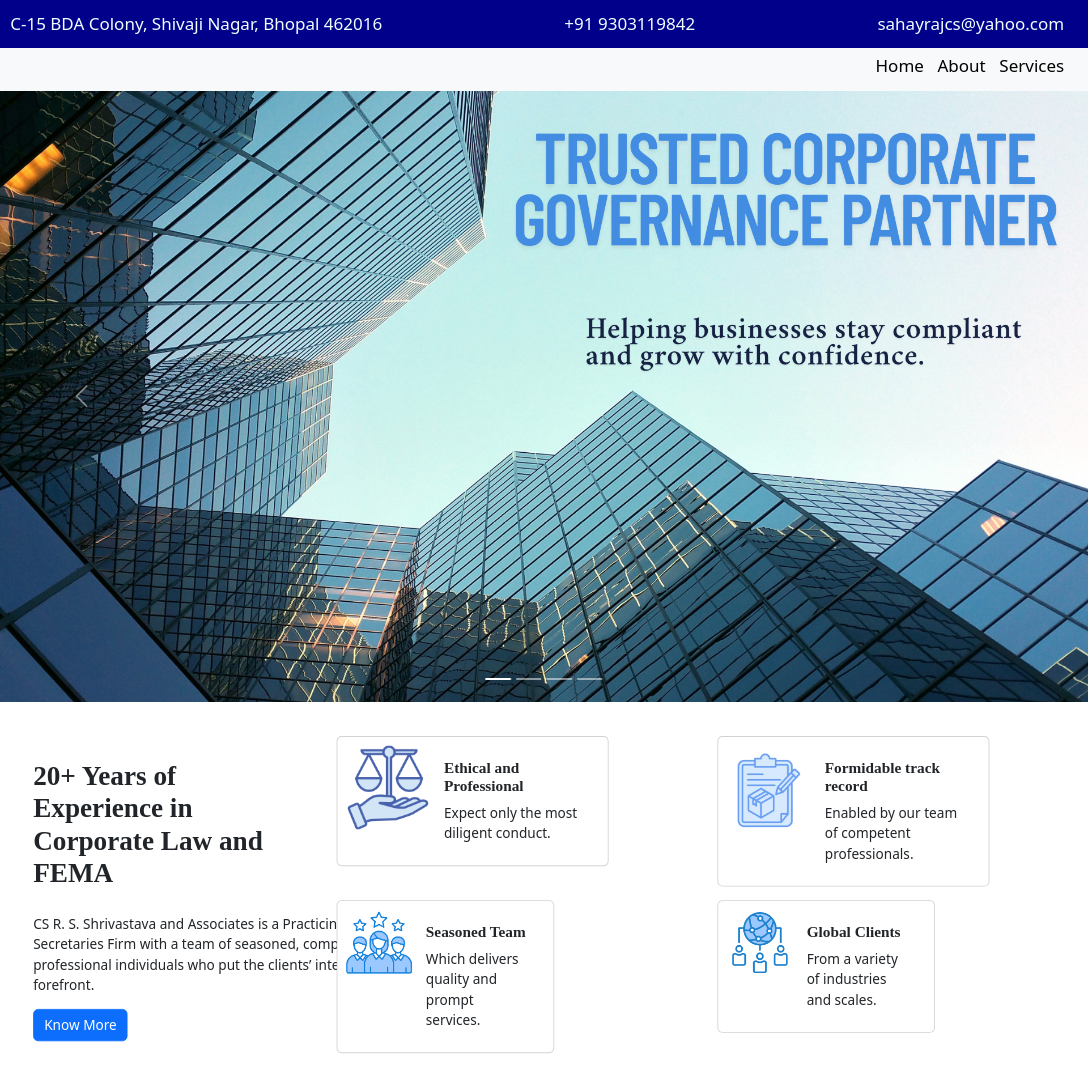
Repository: aayushiss/CS-RSS
Page: index.html
These files come from the project's save history. The page is drawn as it stood at one moment and after the next save; the edit follows.
The browser window is 1280 px wide. The pictures show the whole page, at 85% of full size.

Above is the page before, as saved 2025-05-14 21:43:34.

### index.html
<!DOCTYPE html>
<html lang="en">

<head>
    <meta charset="UTF-8">
    <meta name="viewport" content="width=device-width, initial-scale=1.0">
    <title>R. S. Shrivastava</title>
    <link href="https://cdn.jsdelivr.net/npm/bootstrap@5.3.3/dist/css/bootstrap.min.css" rel="stylesheet"
        integrity="sha384-QWTKZyjpPEjISv5WaRU9OFeRpok6YctnYmDr5pNlyT2bRjXh0JMhjY6hW+ALEwIH" crossorigin="anonymous">
    <link rel="stylesheet" type="text/css" href="style.css">
</head>

<body>
    <nav class="navbar fixed-top custom-navbar">
        <div class="container-fluid d-flex justify-content-between">
            <a class="navbar-brand" href="#">C-15 BDA Colony, Shivaji Nagar, Bhopal 462016</a>
            <a class="navbar-brand" href="#">+91 9303119842</a>
            <a class="navbar-brand" href="#">sahayrajcs@yahoo.com</a>
        </div>
    </nav>
    <div class="navbar-space"></div>

    <nav class="navbar sticky-top second-navbar bg-light">
        <div class="container-fluid d-flex justify-content-end">
          <a class="navbar-brand" href="#">Home</a>
          <a class="navbar-brand" href="about.html">About</a>
          <a class="navbar-brand" href="#">Services</a>
        </div>
      </nav>

      <!-- <div class="card text-bg-dark custom-card">
        <img src="images/haveAQuery.avif" class="card-img" alt="...">
        <div class="card-img-overlay">
          <h5 class="card-title">Have a Query?</h5>
          <p class="card-text">This is a wider card with supporting text below as a natural lead-in to additional content. This content is a little bit longer.</p>
          <p class="card-text"><small>Last updated 3 mins ago</small></p>
        </div>
      </div> -->

      <div id="carouselExampleCaptions" class="carousel slide">
        <div class="carousel-indicators">
          <button type="button" data-bs-target="#carouselExampleCaptions" data-bs-slide-to="0" class="active" aria-current="true" aria-label="Slide 1"></button>
          <button type="button" data-bs-target="#carouselExampleCaptions" data-bs-slide-to="1" aria-label="Slide 2"></button>
          <button type="button" data-bs-target="#carouselExampleCaptions" data-bs-slide-to="2" aria-label="Slide 3"></button>
          <button type="button" data-bs-target="#carouselExampleCaptions" data-bs-slide-to="3" aria-label="Slide 4"></button>
        </div>
        <div class="carousel-inner">
          <div class="carousel-item active">
            <img src="images/Trusted corporate governance partner.png" class="d-block w-100" alt="...">
            <div class="carousel-caption d-none d-md-block">
              <!-- <h5>First slide label</h5>
              <p>Some representative placeholder content for the first slide.</p> -->
            </div>
          </div>
          <div class="carousel-item">
            <img src="images/LegalConsultancy.png" class="d-block w-100" alt="...">
          </div>
          <div class="carousel-item">
            <img src="images/companyIncorporation.png" class="d-block w-100" alt="...">
          </div>
          <div class="carousel-item">
            <img src="images/annualFilingReturn.png" class="d-block w-100" alt="...">
          </div>
        </div>
        <button class="carousel-control-prev" type="button" data-bs-target="#carouselExampleCaptions" data-bs-slide="prev">
          <span class="carousel-control-prev-icon" aria-hidden="true"></span>
          <span class="visually-hidden">Previous</span>
        </button>
        <button class="carousel-control-next" type="button" data-bs-target="#carouselExampleCaptions" data-bs-slide="next">
          <span class="carousel-control-next-icon" aria-hidden="true"></span>
          <span class="visually-hidden">Next</span>
        </button>
      </div>
      <div class="container-fluid" style="padding-top: 40px;">

          <div class="row">
            <div class="col-auto" style="width: 30vw;">
              <div class="card" style="border-color: white;">
                <div class="card-body">
                  <h5 class="card-title">20+ Years of
                    Experience in Corporate Law and FEMA</h5>
                  <p class="card-text" style="padding-top: 20px; width: 30rem;">CS R. S. Shrivastava and Associates is a Practicing Company Secretaries Firm with a team of seasoned, competent, and professional individuals who put the clients’ interests at the forefront.</p>
                  <a href="about.html" class="btn btn-primary">Know More</a>
                </div>
              </div>
            </div>
            <div class="col" style="width: 60vw;">
              <div class="row">
                <div class="col">
                  <div class="card mb-3" style="width: 25vw;">
                    <div class="row g-0">
                      <div class="col-md-4">
                        <img src="images/8629542.png" class="img-fluid rounded-start" alt="...">
                      </div>
                      <div class="col-md-8">
                        <div class="card-body">
                          <h5 class="card-title">Ethical and Professional</h5>
                          <p class="card-text">Expect only the most diligent conduct.</p>
                        </div>
                      </div>
                    </div>
                  </div>
                </div>
                <div class="col">
                  <div class="card mb-3" style="width: 25vw;">
                    <div class="row g-0">
                      <div class="col-md-4">
                        <img src="images/16919209.png" class="img-fluid rounded-start" alt="...">
                      </div>
                      <div class="col-md-8">
                        <div class="card-body">
                          <h5 class="card-title">Formidable track record</h5>
                          <p class="card-text">Enabled by our team of competent professionals.</p>
                        </div>
                      </div>
                    </div>
                  </div>
                </div>
              </div>
              <div class="row">
                <div class="col">
                  <div class="card mb-3" style="width: 20vw;">
                    <div class="row g-0">
                      <div class="col-md-4">
                        <img src="images/images.png" class="img-fluid rounded-start" alt="...">
                      </div>
                      <div class="col-md-8">
                        <div class="card-body">
                          <h5 class="card-title">Seasoned Team
                          </h5>
                          <p class="card-text">Which delivers quality and prompt services.</p>
                        </div>
                      </div>
                    </div>
                  </div>
                </div>
                <div class="col">
                  <div class="card mb-3" style="width: 20vw;">
                    <div class="row g-0">
                      <div class="col-md-4">
                        <img src="images/11743537.png" class="img-fluid rounded-start" alt="...">
                      </div>
                      <div class="col-md-8">
                        <div class="card-body">
                          <h5 class="card-title">Global Clients
                          </h5>
                          <p class="card-text">From a variety of industries and scales.</p>
                        </div>
                      </div>
                    </div>
                  </div>
                </div>
              </div>
            </div>
          </div>

      </div>

    <script src="https://cdn.jsdelivr.net/npm/bootstrap@5.3.3/dist/js/bootstrap.bundle.min.js"
        integrity="sha384-YvpcrYf0tY3lHB60NNkmXc5s9fDVZLESaAA55NDzOxhy9GkcIdslK1eN7N6jIeHz"
        crossorigin="anonymous"></script>
</body>

</html>

### style.css
.custom-navbar {
    background-color: darkblue;
}

.custom-navbar .navbar-brand {
    color: azure;
}

.navbar-space {
    margin-top: 50px;
}

.second-navbar .navbar-brand{
    color: black;
}

.custom-card{
    height: 25vh;
}

.custom-card .card-img{
    height: 100%;
    object-fit: cover;
}

.container-fluid .card{
    padding: 10px;
}
.container-fluid .card-title{
font-family: 'Times New Roman', Times, serif;
font-weight: bold;
font-size: xx-large;
}

.container-fluid .col-md-8 .card-title{
font-family: 'Times New Roman', Times, serif;
font-size: large;
}

After the next save:
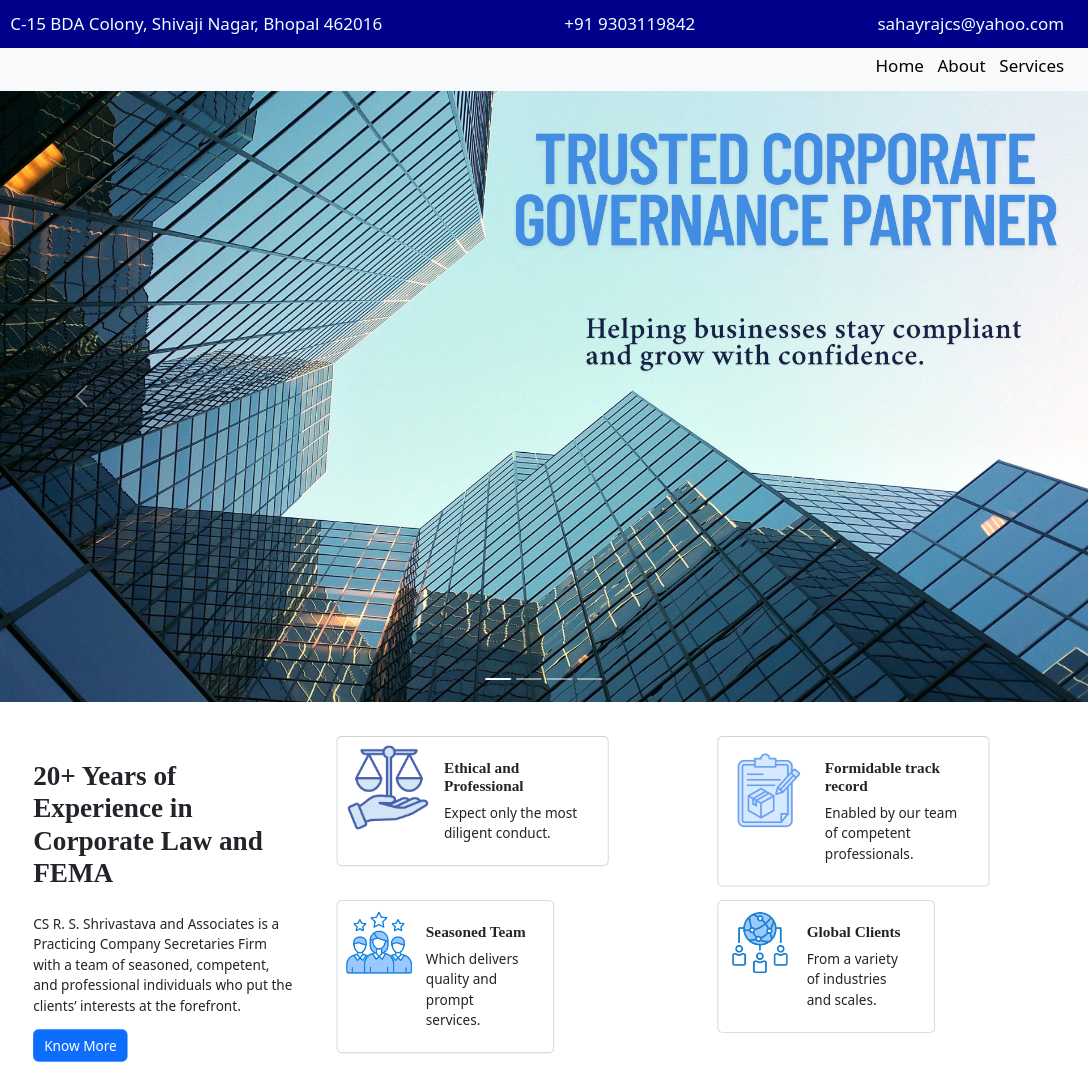
Saved 57 s later.
--- a/index.html
+++ b/index.html
@@ -79,7 +79,7 @@
                 <div class="card-body">
                   <h5 class="card-title">20+ Years of
                     Experience in Corporate Law and FEMA</h5>
-                  <p class="card-text" style="padding-top: 20px; width: 30rem;">CS R. S. Shrivastava and Associates is a Practicing Company Secretaries Firm with a team of seasoned, competent, and professional individuals who put the clients’ interests at the forefront.</p>
+                  <p class="card-text" style="padding-top: 20px">CS R. S. Shrivastava and Associates is a Practicing Company Secretaries Firm with a team of seasoned, competent, and professional individuals who put the clients’ interests at the forefront.</p>
                   <a href="about.html" class="btn btn-primary">Know More</a>
                 </div>
               </div>
